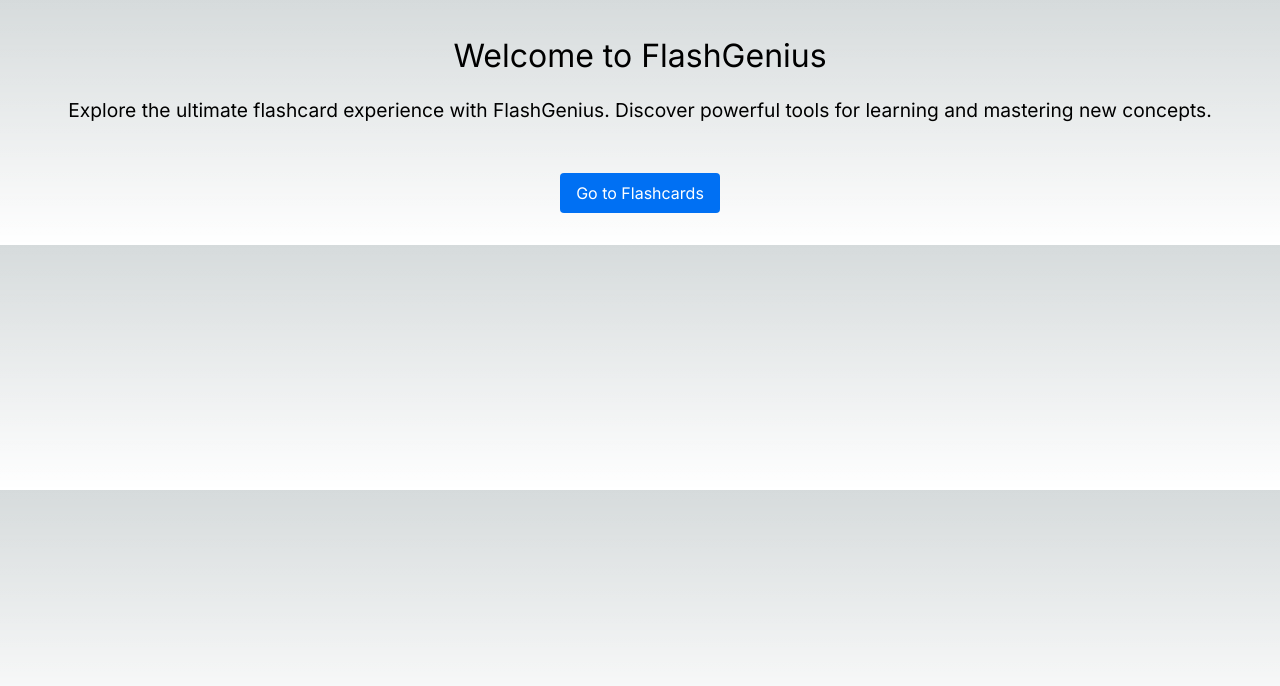
Repository: ST10356476/aiflashcards
Page: /
The author's editor kept a copy of each file at every save. The page is drawn from the files as they stood at one save, then again after the next save.
The browser window is 1280 px wide. The pictures show the whole page.
The project was rebuilt for these pictures with package versions that can differ from the ones it lists, and the page was loaded fresh each time. The framework's server and built-in components were replaced by stand-ins that run in the browser. Also part of the build but not shown: next.config.mjs.

Above is the page before, as saved 2024-08-18 03:31:25.

After the next save:
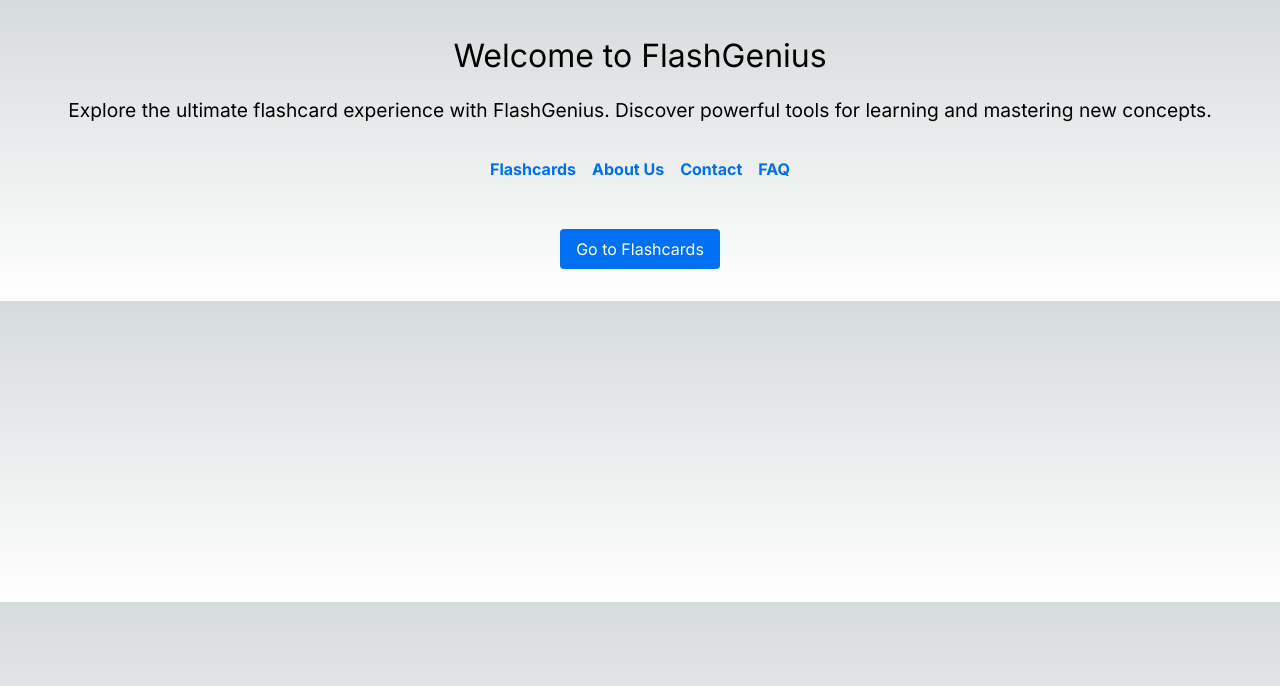
Saved 3 s later.
--- a/src/app/page.tsx
+++ b/src/app/page.tsx
@@ -1,4 +1,3 @@
-// src/app/page.tsx
 import Link from 'next/link';
 import React from 'react';
 import styles from '../app/HomePage.module.css'; // Ensure this path is correct
@@ -12,6 +11,32 @@
       <p className={styles.description}>
         Explore the ultimate flashcard experience with FlashGenius. Discover powerful tools for learning and mastering new concepts.
       </p>
+
+      <nav className={styles.navbar}>
+        <ul className={styles.navList}>
+          <li className={styles.navItem}>
+            <Link href="/flashcards">
+              <a className={styles.navLink}>Flashcards</a>
+            </Link>
+          </li>
+          <li className={styles.navItem}>
+            <Link href="/about">
+              <a className={styles.navLink}>About Us</a>
+            </Link>
+          </li>
+          <li className={styles.navItem}>
+            <Link href="/contact">
+              <a className={styles.navLink}>Contact</a>
+            </Link>
+          </li>
+          <li className={styles.navItem}>
+            <Link href="/faq">
+              <a className={styles.navLink}>FAQ</a>
+            </Link>
+          </li>
+        </ul>
+      </nav>
+
       <Link href="/flashcards">
         <button className={styles.button}>
           Go to Flashcards
